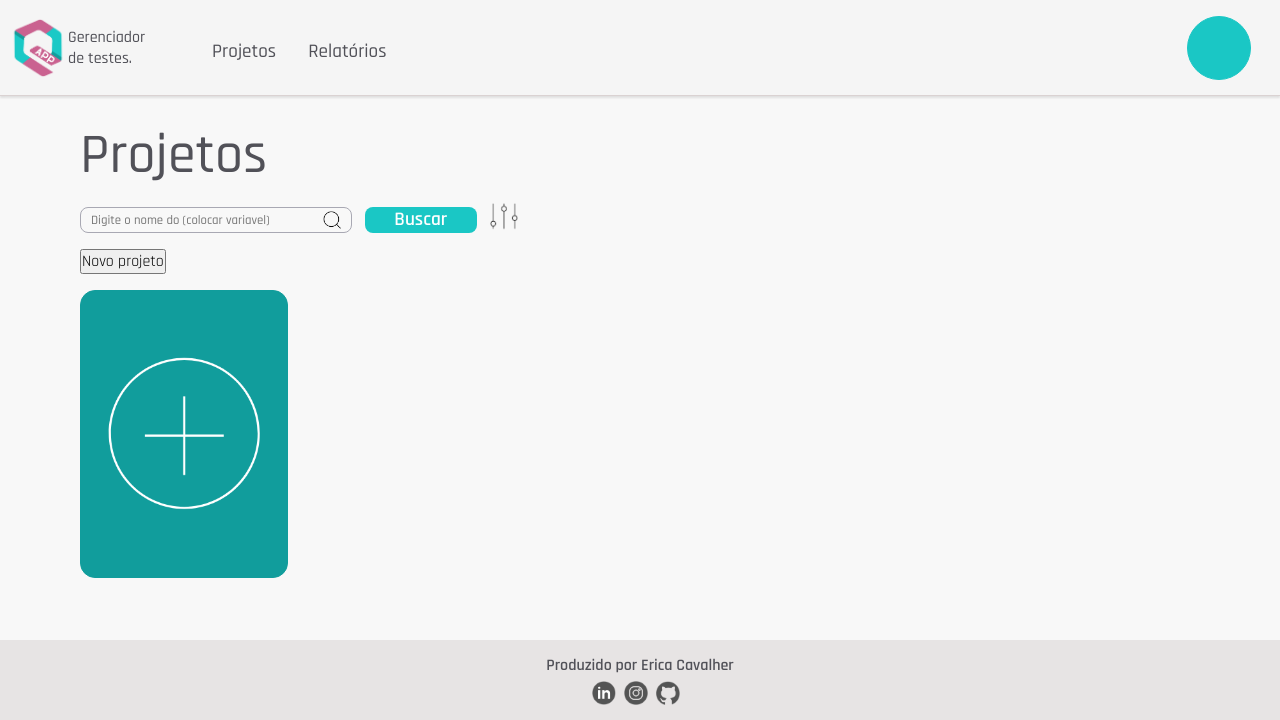
Repository: kika-cavalher/qapp-web
Page: /
The author's editor kept a copy of each file at every save. The page is drawn from the files as they stood at one save, then again after the next save.
The browser window is 1280 px wide. The pictures show the whole page.
The page's requests for data from a server got no answer. The project was rebuilt for these pictures with package versions that can differ from the ones it lists, and the page was loaded fresh each time. No one was signed in, and anything a server would have sent is missing. Also part of the build but not shown: src/styles/components/modals.scss, src/components/modals.tsx, src/hooks/useAuth.ts, src/styles/pages/signIn.scss, src/pages/auth/SignIn.tsx, src/styles/pages/signUp.scss, src/pages/auth/SignUp.tsx.

Above is the page before, as saved 2022-03-24 15:52:12.

After the next save:
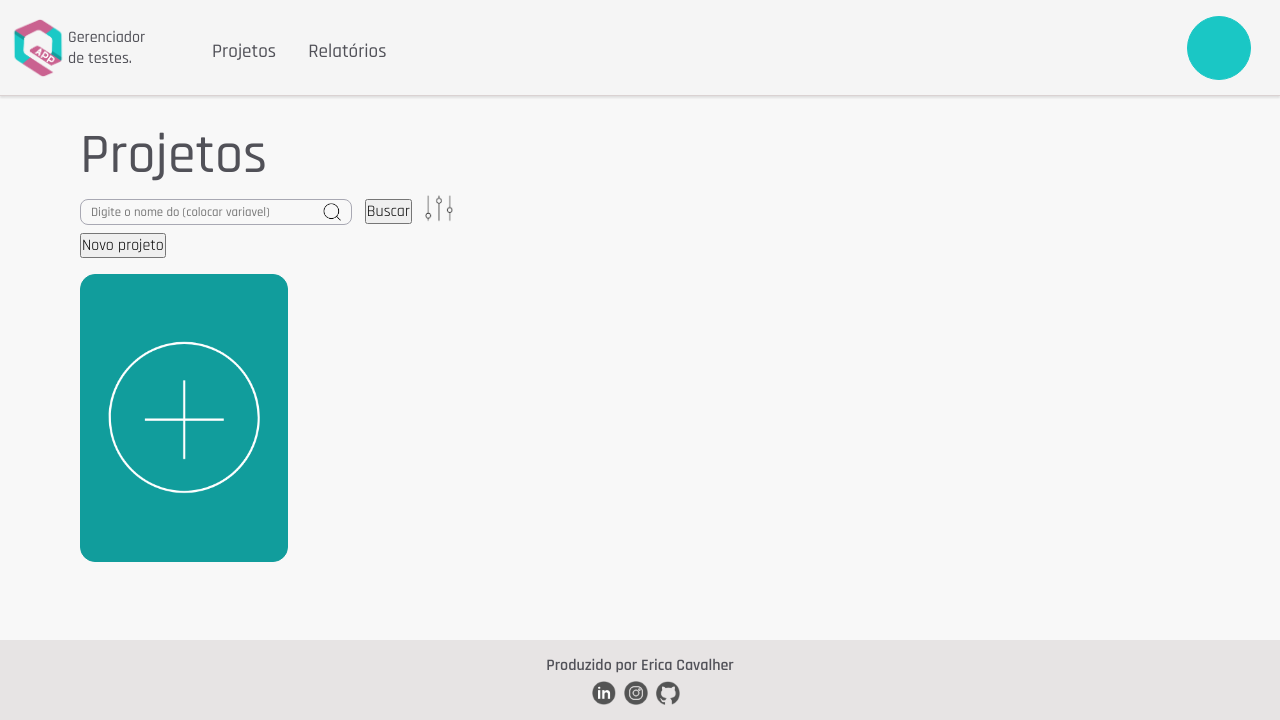
Saved 1 s later.
--- a/src/components/Search.tsx
+++ b/src/components/Search.tsx
@@ -15,8 +15,10 @@ export function Search () {
                 </div>
 
             </div>
-            <div className='btn__search'>
-                <Button type="submit">Buscar</Button>
+            <div className='btn'>
+                <Button type="submit" className="btn__search">
+                    Buscar
+                </Button>
             </div>
             <div className='component--filters'>
                 <img id="icon-filter" src={iconFilter} alt="icone de identificação visual das opções de filtragem" />

After the 2 saves that followed:
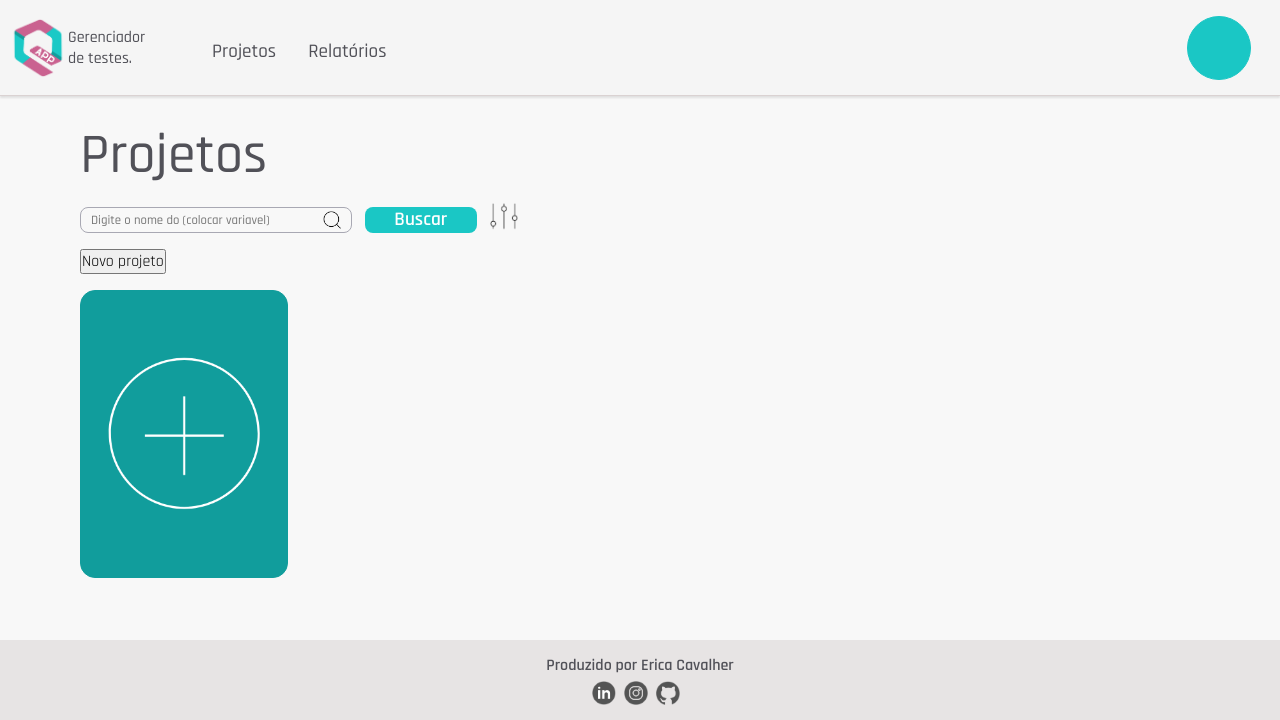
The 2 saves are shown as one change because 1 left the picture as it was.
The last was saved 2 min 45 s later.
--- a/src/components/Button.tsx
+++ b/src/components/Button.tsx
@@ -12,12 +12,13 @@ type Button = {
 
 export function Button ({ className, children, onClick, type }: Button) {
     return (
-        <button
-        onClick={onClick}
-        className={`${className}`}
-        type={type}
-        >
-            {children}
-        </button>
+        <div className={className} >
+            <button
+            onClick={onClick}
+            type={type}
+            >
+                {children}
+            </button>
+        </div>
     )
 }
